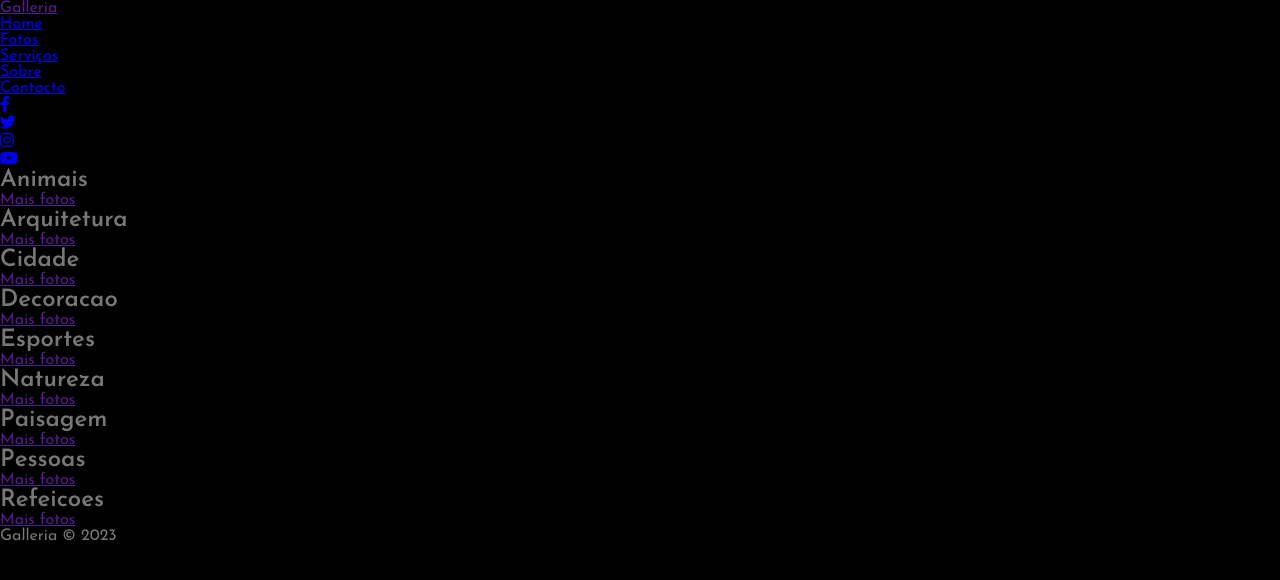
Repository: AghastyGD/gallery-sass
Page: index.html
These files come from the project's save history. The page is drawn as it stood at one moment and after the next save; the edit follows.
The browser window is 1280 px wide. The pictures show the whole page.
The style sheet was rebuilt from its Sass, Less or Tailwind sources for each picture, by a compiler version that may differ from the author's.

Above is the page before, as saved 2023-10-13 18:01:42.

### index.html
<!DOCTYPE html>
<html lang="en">
<head>
    <meta charset="UTF-8">
    <meta http-equiv="X-UA-Compatible" content="IE=edge">
    <meta name="viewport" content="width=device-width, initial-scale=1.0">

    <title>Galleria</title>
    <link rel="stylesheet" href="css/styles.css">
    <link rel="preconnect" href="https://fonts.googleapis.com">
    <link rel="preconnect" href="https://fonts.gstatic.com" crossorigin>
    <link href="https://fonts.googleapis.com/css2?family=Josefin+Sans:ital,wght@0,200;0,400;0,500;0,600;1,100;1,200;1,300;1,400;1,500;1,600;1,700&display=swap" rel="stylesheet">
    <link rel="stylesheet" href="https://cdnjs.cloudflare.com/ajax/libs/font-awesome/6.4.2/css/all.min.css" integrity="sha512-z3gLpd7yknf1YoNbCzqRKc4qyor8gaKU1qmn+CShxbuBusANI9QpRohGBreCFkKxLhei6S9CQXFEbbKuqLg0DA==" crossorigin="anonymous" referrerpolicy="no-referrer" />
</head>
<body>
    <header class="header">
        <a href="" class="header-brand">Galleria</a>
        <nav class="header-navbar">
            <ul>
                <li>
                    <a href="#" class="active">Home</a>
                </li>
                <li>
                    <a href="#">Fotos</a>
                </li>
                <li>
                    <a href="#">Serviços</a>
                </li>
                <li>
                    <a href="#">Sobre</a>
                </li>
                <li>
                    <a href="#">Contacto</a>
                </li>
            </ul>
        </nav>
        <div class="header-social-media">
            <ul>
                <li>
                    <a href="#">
                        <i class="fab fa-facebook-f"></i>
                    </a>
                </li>
                <li>
                    <a href="#">
                        <i class="fab fa-twitter"></i>
                    </a>
                </li>
                <li>
                    <a href="#">
                        <i class="fab fa-instagram"></i>
                    </a>
                </li>
                <li>
                    <a href="#">
                        <i class="fab fa-youtube"></i>
                    </a>
                </li>
            </ul>
        </div>
    </header>
    <main>
        <div class="gallery">
            <div class="gallery-card" id="card-1">
                <h2 class="gallery-card-title">Animais</h2>
                <a href="" class="gallery-card-btn">Mais fotos</a>
            </div>
            <div class="gallery-card" id="card-2">
                <h2 class="gallery-card-title">Arquitetura</h2>
                <a href="" class="gallery-card-btn">Mais fotos</a>
            </div>
            <div class="gallery-card" id="card-3">
                <h2 class="gallery-card-title">Cidade</h2>
                <a href="" class="gallery-card-btn">Mais fotos</a>
            </div>
            <div class="gallery-card" id="card-4">
                <h2 class="gallery-card-title">Decoracao</h2>
                <a href="" class="gallery-card-btn">Mais fotos</a>
            </div>
            <div class="gallery-card" id="card-5">
                <h2 class="gallery-card-title">Esportes</h2>
                <a href="" class="gallery-card-btn">Mais fotos</a>
            </div>
            <div class="gallery-card" id="card-6">
                <h2 class="gallery-card-title">Natureza</h2>
                <a href="" class="gallery-card-btn">Mais fotos</a>
            </div>
            <div class="gallery-card" id="card-7">
                <h2 class="gallery-card-title">Paisagem</h2>
                <a href="" class="gallery-card-btn">Mais fotos</a>
            </div>
            <div class="gallery-card" id="card-8">
                <h2 class="gallery-card-title">Pessoas</h2>
                <a href="" class="gallery-card-btn">Mais fotos</a>
            </div>
            <div class="gallery-card" id="card-9">
                <h2 class="gallery-card-title">Refeicoes</h2>
                <a href="" class="gallery-card-btn">Mais fotos</a>
            </div>
        </div>
    </main>
    <footer>
        <p><span>Galleria</span> &copy; 2023</p>
    </footer>

</body>
</html>

### sass/styles.sass
@use 'variables'

*
  font-family: 'Josefin Sans'
  padding: 0
  margin: 0
  box-sizing: border-box

body
  background-color: variables.$bg-color
  color: variables.$text-color

### sass/_variables.sass
$primary-color: #FFF
$secondary-color: #20C997
$text-color: #777
$bg-color: #000
$container-width: 1170px

After the next save:
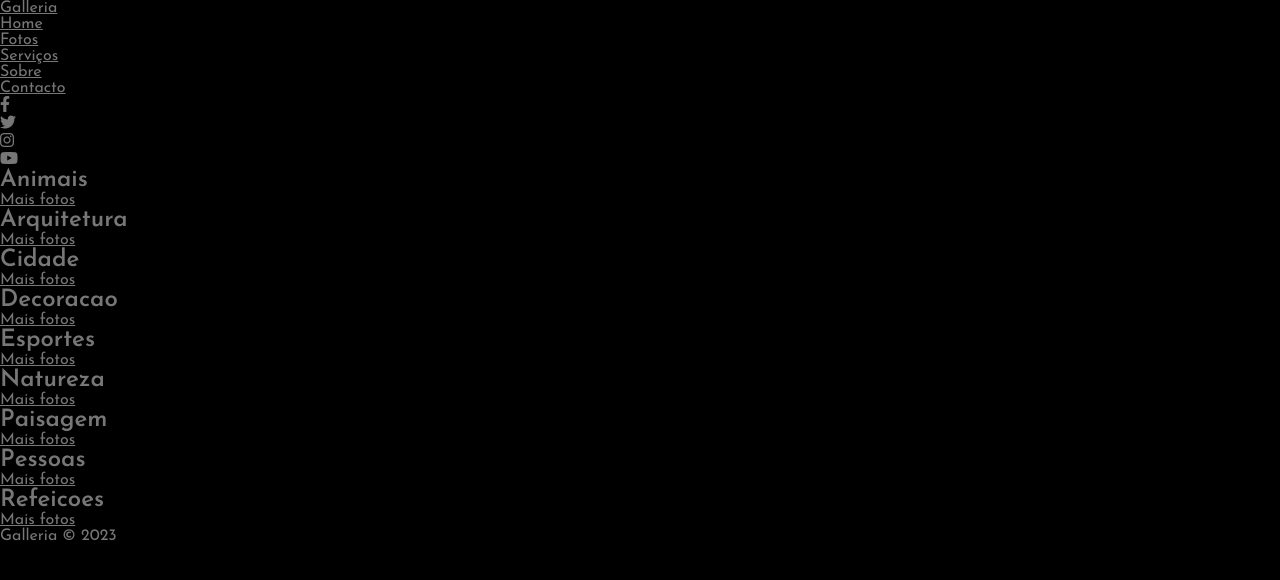
Saved 35 s later.
--- a/sass/styles.sass
+++ b/sass/styles.sass
@@ -9,3 +9,6 @@
 body
   background-color: variables.$bg-color
   color: variables.$text-color
+
+  a
+    color: variables.$text-color
